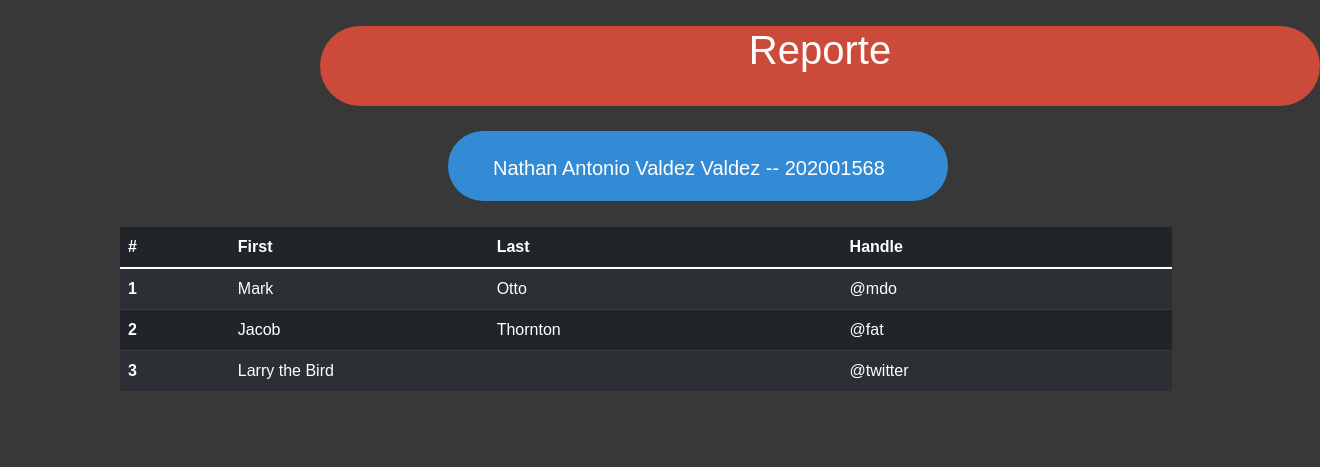
Repository: nathanvdev/LFP_PR_202001568
Page: plantilla.html
The author's editor kept a copy of each file at every save. The page is drawn from the files as they stood at one save, then again after the next save.
The browser window is 1280 px wide. The page is 1320 px wide, so the pictures cover 1320 px, including what lies to the right of the window. The pictures show the whole page.

Above is the page before, as saved 2022-02-19 19:11:42.

### plantilla.html

<!DOCTYPE html>
<html lang="en">
<head>
    <meta charset="UTF-8">
    <meta http-equiv="X-UA-Compatible" content="IE=edge">
    <meta name="viewport" content="width=device-width, initial-scale=1.0">
    <link href="https://cdn.jsdelivr.net/npm/bootstrap@5.1.3/dist/css/bootstrap.min.css" rel="stylesheet" integrity="sha384-1BmE4kWBq78iYhFldvKuhfTAU6auU8tT94WrHftjDbrCEXSU1oBoqyl2QvZ6jIW3" crossorigin="anonymous">
    <title>Document</title>
</head>
<style>
    body{
        font-family: sans-serif;
    }
    .titlebox{
        background-color: rgb(204, 74, 57);
        height: 80px;
        width: 1000px;
        margin: 2%;
        margin-left: 25%;
        border-radius: 45px;

        text-align: center;
        display: flex;
        justify-content: center;
    }
    .PersonalInfo{
        background-color: rgb(50, 139, 212);
        height: 70px;
        width: 500px;
        margin: 2%;
        margin-top: 0px;
        margin-left: 35%;
        border-radius: 45px;

    }
    .tabla{
        width: 90%;
        height: auto;
        margin: 20px;
        padding-left: 100px;

    }
    .Datos{
        height: auto;
        width: 500px;
        background-color: darkorange;
    }
</style>
<body style="background-color: rgb(56, 56, 56);">
    <div class="titlebox">
        <h1 style="color: white;">Reporte</h1>
    </div>
    <div class="PersonalInfo">
        <h3 style="color: white;
        margin: 5%; float: left; font-size: 20px; padding-left: 20px;">
            Nathan Antonio Valdez Valdez  --  202001568
        </h3>
    </div>

    <div clas="Datos">

    </div>

    <div class="tabla">
    <table class="table table-dark table-striped">
        <thead>
          <tr>
            <th scope="col">#</th>
            <th scope="col">First</th>
            <th scope="col">Last</th>
            <th scope="col">Handle</th>
          </tr>
        </thead>
        <tbody>
          <tr>
            <th scope="row">1</th>
            <td>Mark</td>
            <td>Otto</td>
            <td>@mdo</td>
          </tr>
          <tr>
            <th scope="row">2</th>
            <td>Jacob</td>
            <td>Thornton</td>
            <td>@fat</td>
          </tr>
          <tr>
            <th scope="row">3</th>
            <td colspan="2">Larry the Bird</td>
            <td>@twitter</td>
          </tr>
        </tbody>
      </table>
    </div>
</body>
</html>

After the next save:
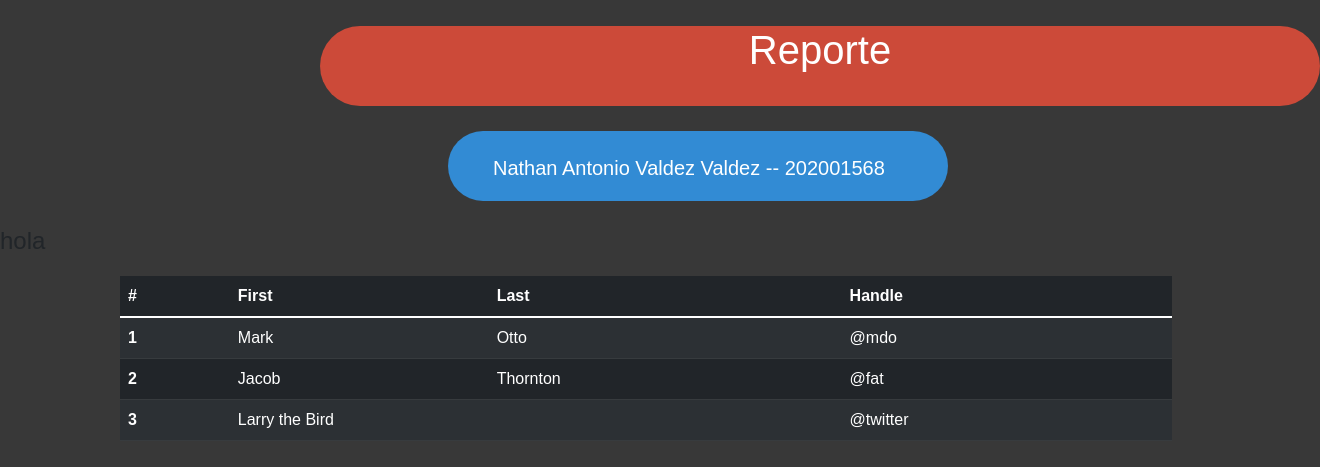
Saved 16 s later.
--- a/plantilla.html
+++ b/plantilla.html
@@ -59,7 +59,9 @@
     </div>
 
     <div clas="Datos">
-
+        <h4>
+            hola
+        </h4>
     </div>
 
     <div class="tabla">
